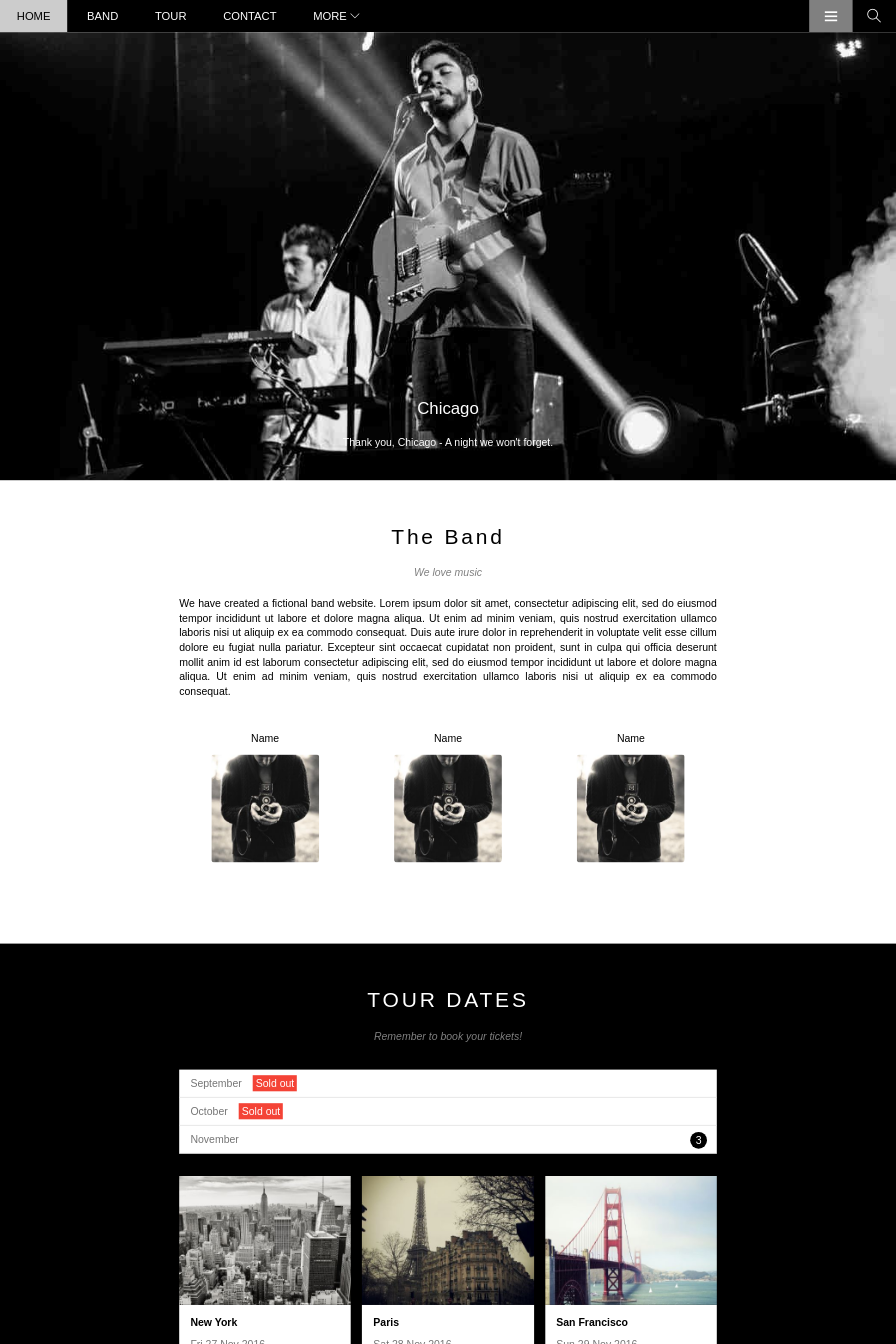
Repository: ducvui2003/LTCB
Page: index.html
An editor plug-in stored every save of this project. The page is shown before and after the next save, followed by the edit.
The browser window is 1280 px wide. The pictures show the part of the page from y = 0 to 1920 px (the page is 3517 px tall), at 70% of full size.

Above is the page before, as saved 2022-01-17 16:24:33.

After the next save:
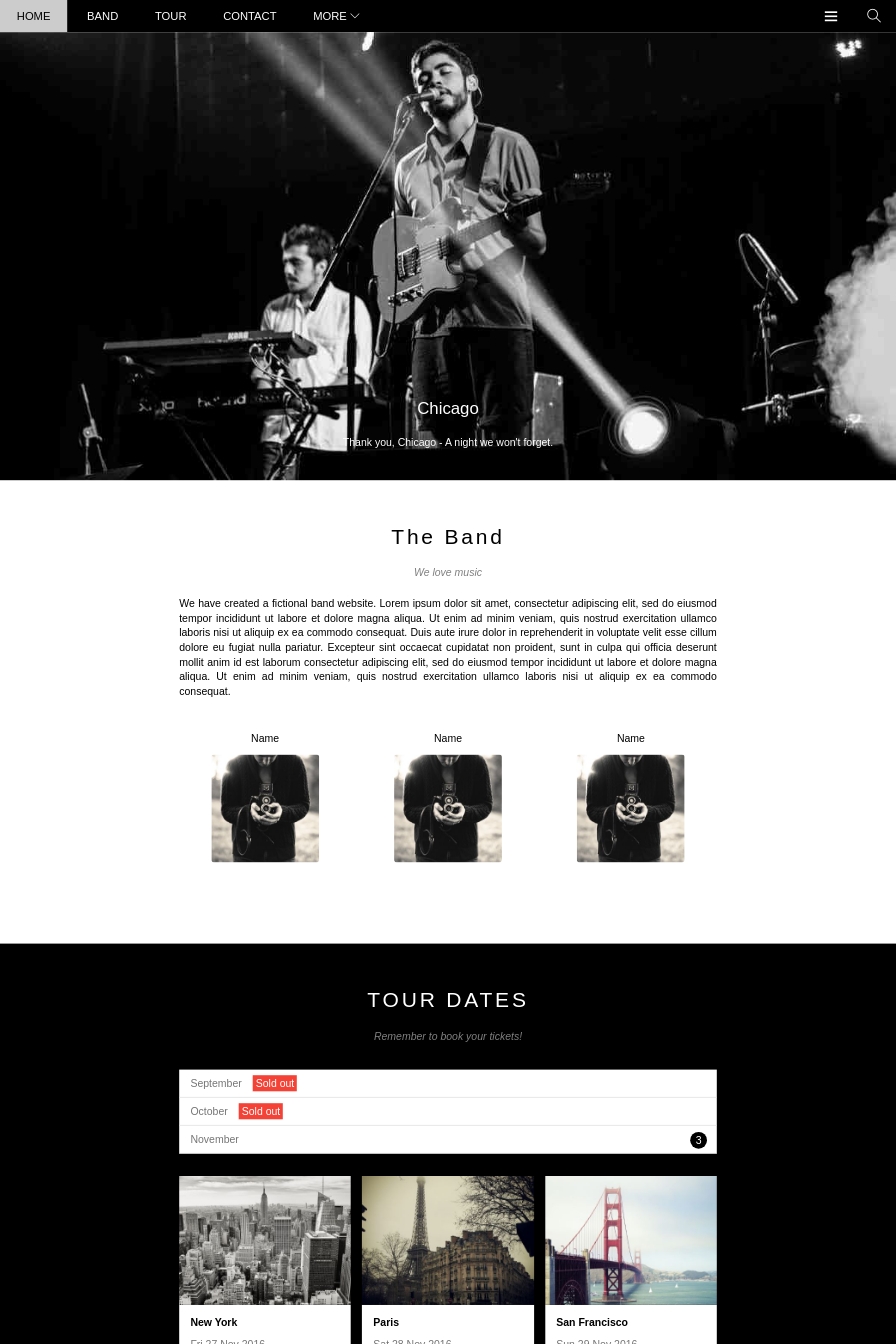
Saved 10 s later.
--- a/assest/Css/styles.css
+++ b/assest/Css/styles.css
@@ -178,7 +178,7 @@
     /* Dùng để thay đổi con trỏ chuột khi di vào */
 }
 
-#header .mobile-search-button {
+#header .mobile-search-button:hover {
     background-color: gray;
 }
 
